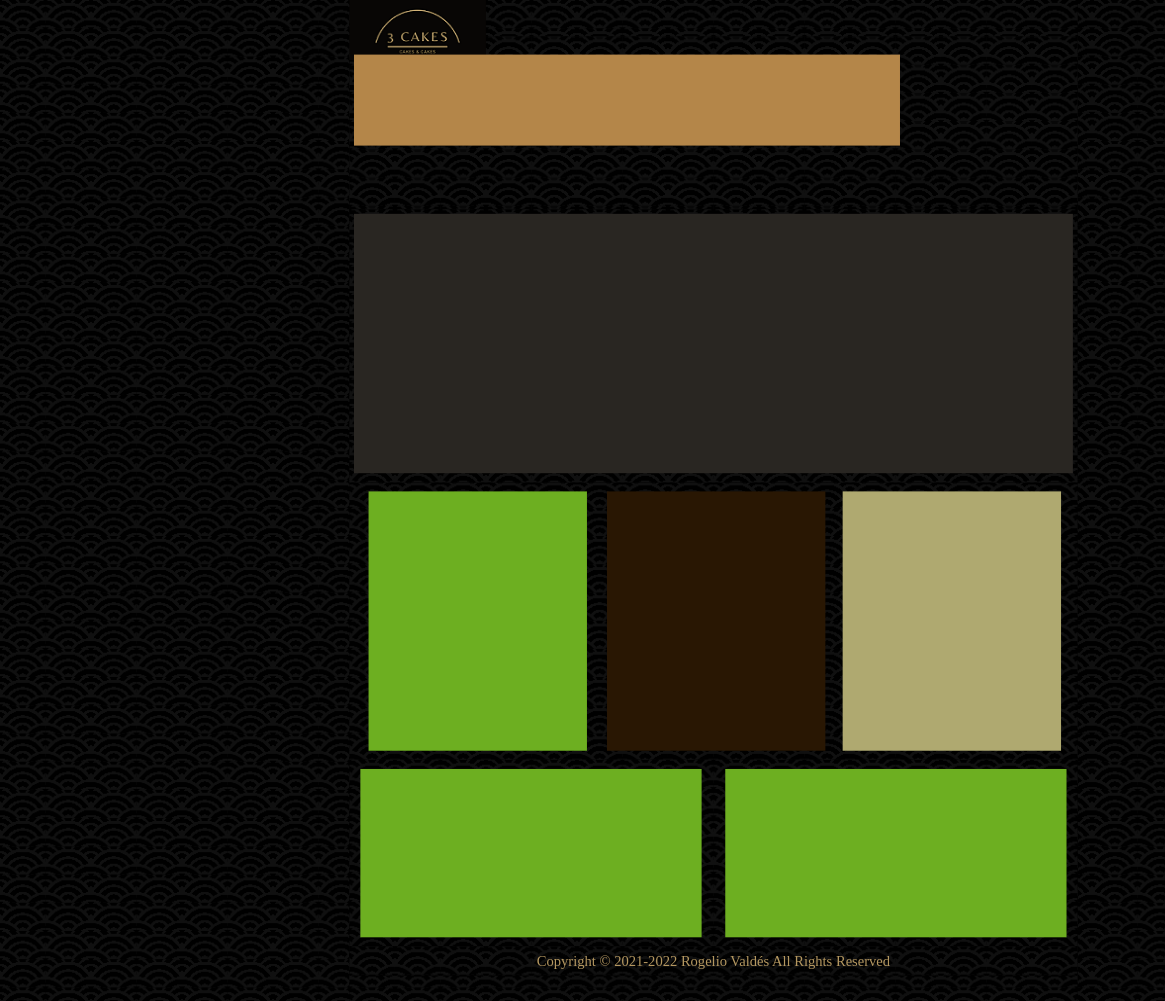
Repository: roge64/htmlfrontend
Page: index.html
An editor plug-in stored every save of this project. The page is shown before and after the next save, followed by the edit.
The browser window is 1280 px wide. The pictures show the whole page, at 91% of full size.

Above is the page before, as saved 2022-03-02 20:45:43.

After the next save:
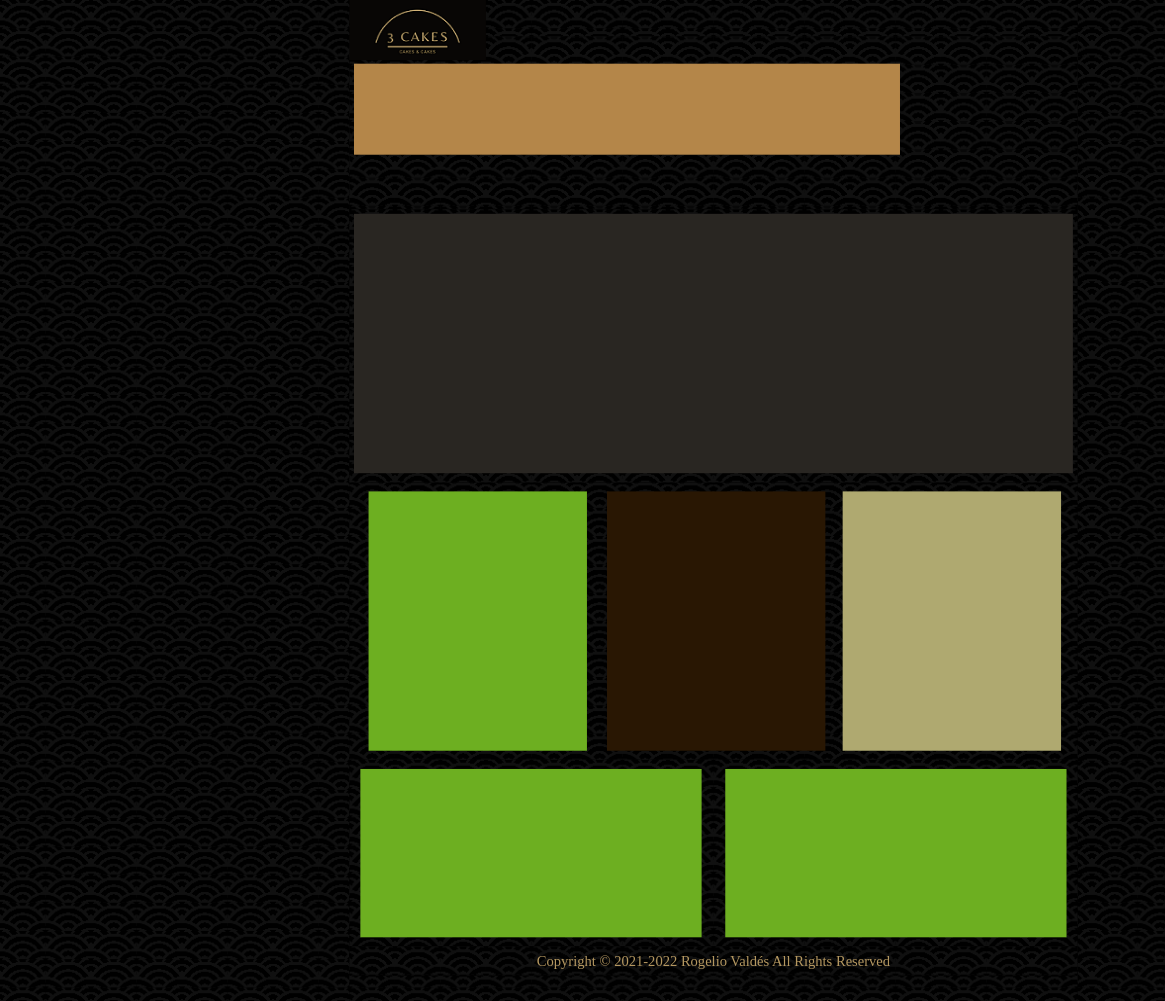
Saved 4 s later.
--- a/estilos/estilos.css
+++ b/estilos/estilos.css
@@ -99,7 +99,7 @@ footer{
     height: 100px;
     display: inline-block;
     vertical-align: center;
-    margin: 20px 5px;
+    margin: 30px 5px;
 
 }
 
